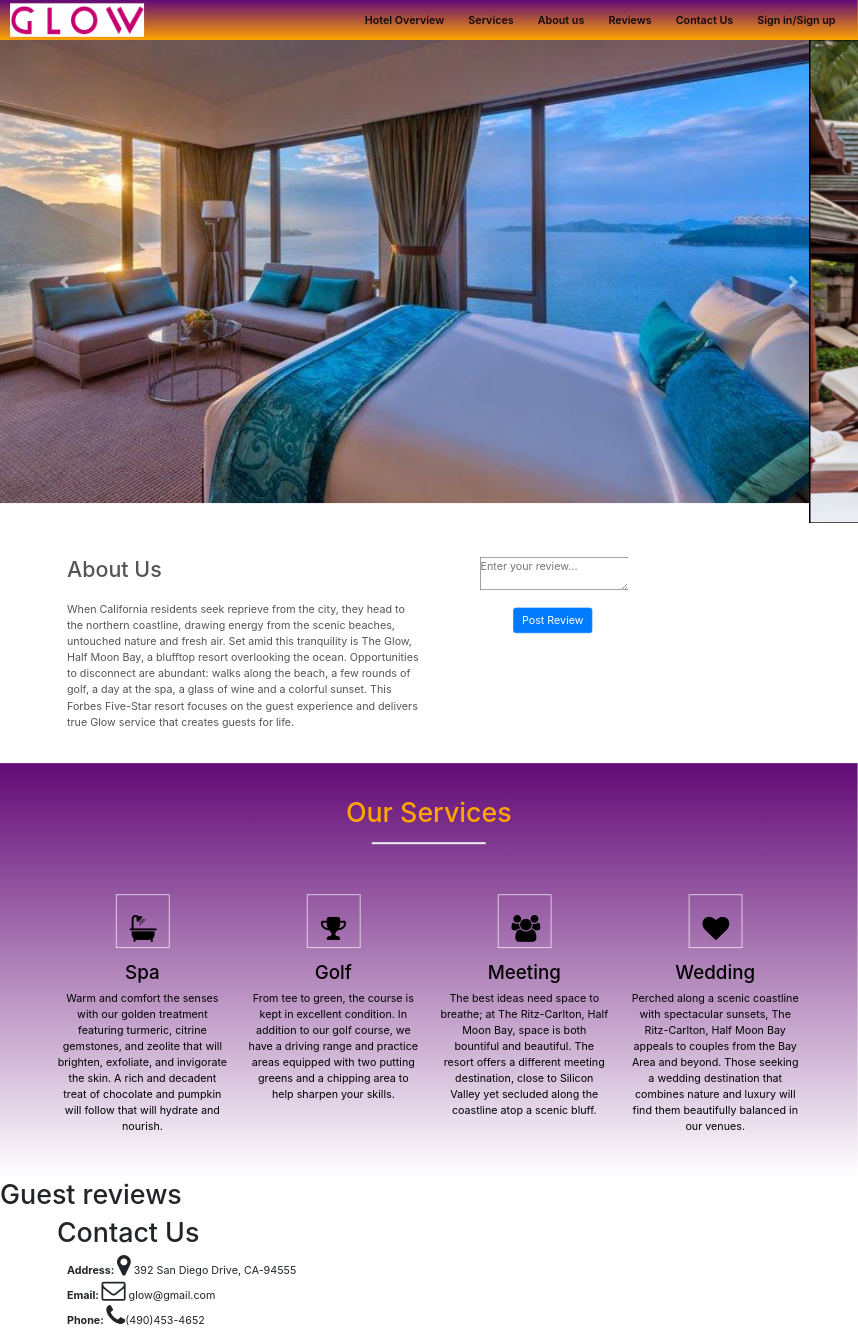
Repository: M-p1998/solo-dojo-project
Page: http://localhost/hotel/WEB-INF/hotel/home.jsp
The author's editor kept a copy of each file at every save. The page is drawn from the files as they stood at one save, then again after the next save.
The browser window is 1280 px wide. The pictures show the whole page, at 67% of full size.
Backgrounds fixed to the window are drawn as part of the page. Some web libraries are served in a nearby version. The page is served by Tomcat 9. Nobody is signed in. Other server files are loaded and not shown. The template is opened directly, without the code that normally fills it, so the values that code supplies are empty.

Above is the page before, as saved 2022-02-13 18:05:06.

### hotel/src/main/webapp/WEB-INF/hotel/home.jsp
<%@ page language="java" contentType="text/html; charset=UTF-8"
	pageEncoding="UTF-8"%>
<%@ taglib prefix="c" uri="http://java.sun.com/jsp/jstl/core"%>
<%@ taglib prefix="form" uri="http://www.springframework.org/tags/form"%>
<!DOCTYPE html>
<html>
<head>
<meta charset="UTF-8">

<link href="/css/home.css" rel="stylesheet" type="text/css">
<link rel="stylesheet"
	href="https://stackpath.bootstrapcdn.com/bootstrap/4.3.1/css/bootstrap.min.css">
<script src="https://code.jquery.com/jquery-3.2.1.slim.min.js"></script>
<script
	src="https://cdnjs.cloudflare.com/ajax/libs/popper.js/1.12.9/umd/popper.min.js"></script>
<script
	src="https://maxcdn.bootstrapcdn.com/bootstrap/4.0.0/js/bootstrap.min.js"></script>
<link rel="stylesheet"
	href="https://stackpath.bootstrapcdn.com/font-awesome/4.7.0/css/font-awesome.min.css">

<title>Hotel Glow</title>
</head>
<body>

	<section id="nav-bar">
		<nav class="navbar navbar-expand-lg navbar-light">
			<div class="container-fluid">
				<a class="navbar-brand" href="#"><img src="/image/hotelLogo.png"
					width="200" height="50"></a>

				<div class="collapse navbar-collapse" id="navbarNav">
					<ul class="navbar-nav ml-auto">
						<li class="nav-item active "><a class="nav-link" href="#">Hotel
								Overview</a></li>
						<li class="nav-item active "><a class="nav-link"
							href="#services">Services</a></li>
						<li class="nav-item active"><a class="nav-link" href="#about">About
								us</a></li>
						<li class="nav-item active"><a class="nav-link"
							href="#reviews">Reviews</a></li>
						<li class="nav-item active"><a class="nav-link"
							href="#contact">Contact Us</a></li>
						<li class="nav-item active"><a class="nav-link"
							href="/registration">Sign in/Sign up</a></li>
					</ul>
				</div>
			</div>
		</nav>
	</section>

	<div id="slider">
		<div id="headerSlider" class="carousel slide" data-ride="carousel">
			<ol class="carousel-indicators">
				<li data-target="#headerSlider" data-slide-to="0"></li>
				<li data-target="#headerSlider" data-slide-to="1"></li>
				<li data-target="#headerSlider" data-slide-to="2"></li>
			</ol>
			<div class="carousel-inner">
				<div class="carousel-item active">
					<img src="/image/img2.jpg" class="d-block w-100">
				</div>
				<div class="carousel-item">
					<img src="/image/img3.jpg" class="d-block w-100">
				</div>
				<div class="carousel-item">
					<img src="/image/h4.jpg" class="d-block w-100">
				</div>
			</div>
			<a class="carousel-control-prev" role="button" href="#headerSlider"
				data-slide="prev"> <span class="carousel-control-prev-icon"
				aria-hidden="true"></span> <span class="sr-only">Previous</span>
			</a> <a class="carousel-control-next" role="button" href="#headerSlider"
				data-slide="next"> <span class="carousel-control-next-icon"
				aria-hidden="true"></span> <span class="sr-only">Next</span>
			</a>
		</div>
	</div>

	<section id="about">
		<div class="container">
			<div class="d-flex">
				<div class="col-md-6">
					<h2>About Us</h2>
					<div class="about-content">When California residents seek
						reprieve from the city, they head to the northern coastline,
						drawing energy from the scenic beaches, untouched nature and fresh
						air. Set amid this tranquility is The Glow, Half Moon Bay, a
						blufftop resort overlooking the ocean. Opportunities to disconnect
						are abundant: walks along the beach, a few rounds of golf, a day
						at the spa, a glass of wine and a colorful sunset. This Forbes
						Five-Star resort focuses on the guest experience and delivers true
						Glow service that creates guests for life.</div>
				</div>
				<div class="col-md-4 text-center">
					<form:form action="/createReviews" method="post"
						modelAttribute="PostAReview">
						<form:label path="reviews"></form:label>
						<form:errors path="reviews" class="text-danger"
							style="font-size: 20px" />
						<form:textarea class="textarea" placeholder="Enter your review..."
							path="reviews" />
						<a href="/reviews"><button class="reviewBtn btn btn-primary">Post
								Review</button></a>
					</form:form>
				</div>
			</div>
		</div>
	</section>

	<!-- services -->
	<section id="services">
		<div class="container">
			<h1>Our Services</h1>
			<div class="row services">
				<div class="col-md-3 text-center">
					<div class="icon">
						<i class="fa fa-bath"></i>
					</div>
					<h3>Spa</h3>
					<p>Warm and comfort the senses with our golden treatment
						featuring turmeric, citrine gemstones, and zeolite that will
						brighten, exfoliate, and invigorate the skin. A rich and decadent
						treat of chocolate and pumpkin will follow that will hydrate and
						nourish.</p>
				</div>
				<div class="col-md-3 text-center">
					<div class="icon">
						<i class="fa fa-trophy"></i>
					</div>
					<h3>Golf</h3>
					<p>From tee to green, the course is kept in excellent
						condition. In addition to our golf course, we have a driving range
						and practice areas equipped with two putting greens and a chipping
						area to help sharpen your skills.</p>
				</div>
				<div class="col-md-3 text-center">
					<div class="icon">
						<i class="fa fa-users"></i>
					</div>
					<h3>Meeting</h3>
					<p>The best ideas need space to breathe; at The Ritz-Carlton,
						Half Moon Bay, space is both bountiful and beautiful. The resort
						offers a different meeting destination, close to Silicon Valley
						yet secluded along the coastline atop a scenic bluff.</p>
				</div>
				<div class="col-md-3 text-center">
					<div class="icon">
						<i class="fa fa-heart"></i>
					</div>
					<h3>Wedding</h3>
					<p>Perched along a scenic coastline with spectacular sunsets,
						The Ritz-Carlton, Half Moon Bay appeals to couples from the Bay
						Area and beyond. Those seeking a wedding destination that combines
						nature and luxury will find them beautifully balanced in our
						venues. </p>
				</div>
			</div>
		</div>
	</section>

	<section id="reviews">
		<h1>Guest reviews</h1>
		<div class="d-flex">
			<div class="hero">
				<div class="review-box">
					<div id="slide">
						<c:forEach items="${write}" var="review">
							<div class="card">
								<p>${review.reviews}</p>
							</div>
						</c:forEach>
					</div>

					<div class="sidebar">
						<img src="/image/up-arrow.png" id="upArrow"> <img
							src="/image/down-arrow.png" id="downArrow">
					</div>
				</div>


			</div>
		</div>
	</section>

	<section id="contact">
		<div class="container">
			<h1>Contact Us</h1>
			<div class="col-md-6 contact-info">
				<div class="follow">
					<b>Address: </b> <i class="fa fa-map-marker"
						style="font-size: 36px"></i> 392 San Diego Drive, CA-94555
				</div>
				<div class="follow">
					<b>Email: </b> <i class="fa fa-envelope-o" style="font-size: 36px"></i>
					glow@gmail.com
				</div>
				<div class="follow">
					<b>Phone: </b> <i class="fa fa-phone" style="font-size: 36px"></i>(490)453-4652
				</div>
			</div>
		</div>
	</section>

	<script
		src="https://cdnjs.cloudflare.com/ajax/libs/jquery/3.6.0/jquery.min.js"></script>
	<script src="/js/main.js"></script>

	<script>
		var slide = document.getElementById("slide");
		var upArrow = document.getElementById("upArrow");
		var downArrow = document.getElementById("downArrow");

		let x = 0;

		upArrow.onclick = function() {
			if (x > "-4000") {
				x = x - 300;
				slide.style.top = x + "px";
			}
		}

		downArrow.onclick = function() {
			if (x < 0) {
				x = x + 300;
				slide.style.top = x + "px";
			}
		}
	</script>

</body>
</html>

### hotel/src/main/webapp/css/home.css
@charset "UTF-8";

*{
	margin: 0;
	padding: 0;


}

body{
	font-family: sans-serif;
}

#nav-bar{
	position: sticky;
	top: 0;
	z-index: 10;

}

.navbar{
	background-image: linear-gradient(rgba(98, 10, 117),  rgba(0,0,255,0));
	padding: 0!important;
	background-color: orange;
}

.navbar-nav li{
	padding: 0 10px;
}

.navbar-nav li a{
	color: black;
	font-weight: 600;
	float: right;
	text-align: left;
}

#nav-bar ul li a:hover{
	color: orange !important;
}

.fa-bars{
	color: #fff;
	font-size: 30px !important;
}

.navbar-toggler{
	outline: none !important;
}

/*-----about --------*/
#about{
	padding-top:50px;
	padding-bottom: 50px;
	color: #555;
}

#about .btn{
	margin-top: 20px;
	margin-bottom: 30px;
}

.about-content{
	padding-top: 20px;

}

/* --- services ----*/
#services{
	background-image: linear-gradient(rgba(98, 10, 117), rgba(0,0,255,0));
	background-size: cover;
	background-position: center;
	color: black !important;
	background-attachment: fixed;
	padding-top: 50px;
	padding-bottom: 50px;
}

#services h1{
	text-align: center;
	color: orange !important;
	padding-bottom: 10px;
}

#services h1::after{
	content: '';
	background: #efefef;
	display: block;
	height: 3px;
	width: 170px;
	margin: 20px auto 5px;
}

.services{
	margin-top: 40px;
}

.icon{
	font-size: 40px;
	margin: 20px auto;
	padding: 20px;
	height: 80px;
	width: 80px;
	border: 1px solid #fff;
}

/* .skills-bar p{
	margin-bottom: 6px;
	font-weight: 600;
}

.progress-bar{
	border-radius: 16px;

}
.progress{
	border-radius: 16px !important;
	margin-bottom: 20px;
} */
/*--------------*/
/* #slider{
	width: 100%;
} */
/* .carousel-caption{
	top: 50%;
	transform: translateY(-50%);
	bottom: initial!important;
} */

### hotel/src/main/webapp/js/main.js

var indexValue= 1;
showImg(indexValue);

function side_slide(e){
	showImg(indexValue += e);
}
function showImg(e){
	var i;
	const img = document.querySelectorAll('img');
	if(e > img.length){
		indexValue = 1
	}
	if(e < 1){
		indexValue = img.length
	}
	for(i = 0; i<img.length; i++){
		img[i].style.display = "none";
	}
	img[indexValue - 1].style.display = "block";
}

After the next save:
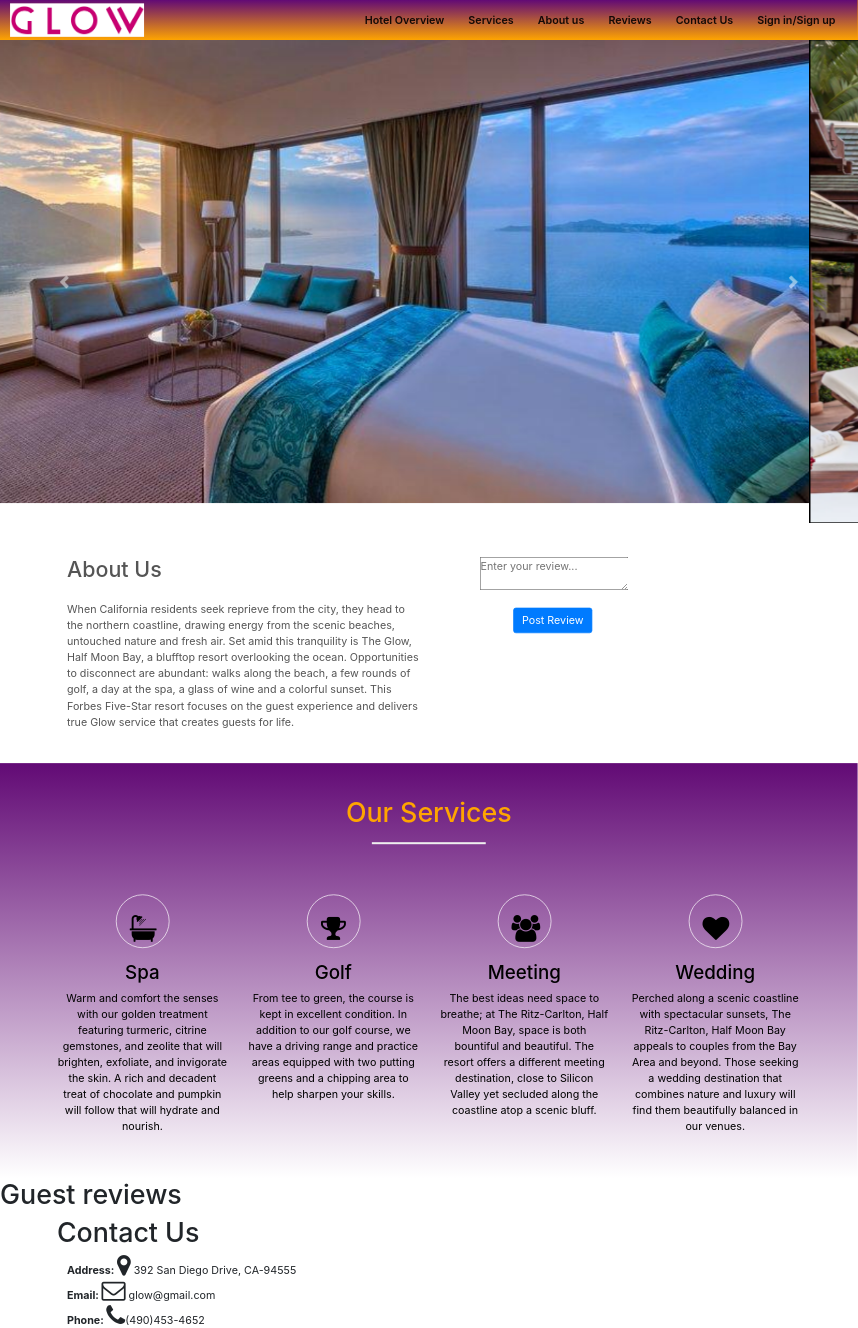
Saved 32 s later.
--- a/hotel/src/main/webapp/css/home.css
+++ b/hotel/src/main/webapp/css/home.css
@@ -102,6 +102,7 @@ body{
 	height: 80px;
 	width: 80px;
 	border: 1px solid #fff;
+	border-radius: 50%;
 }
 
 /* .skills-bar p{
